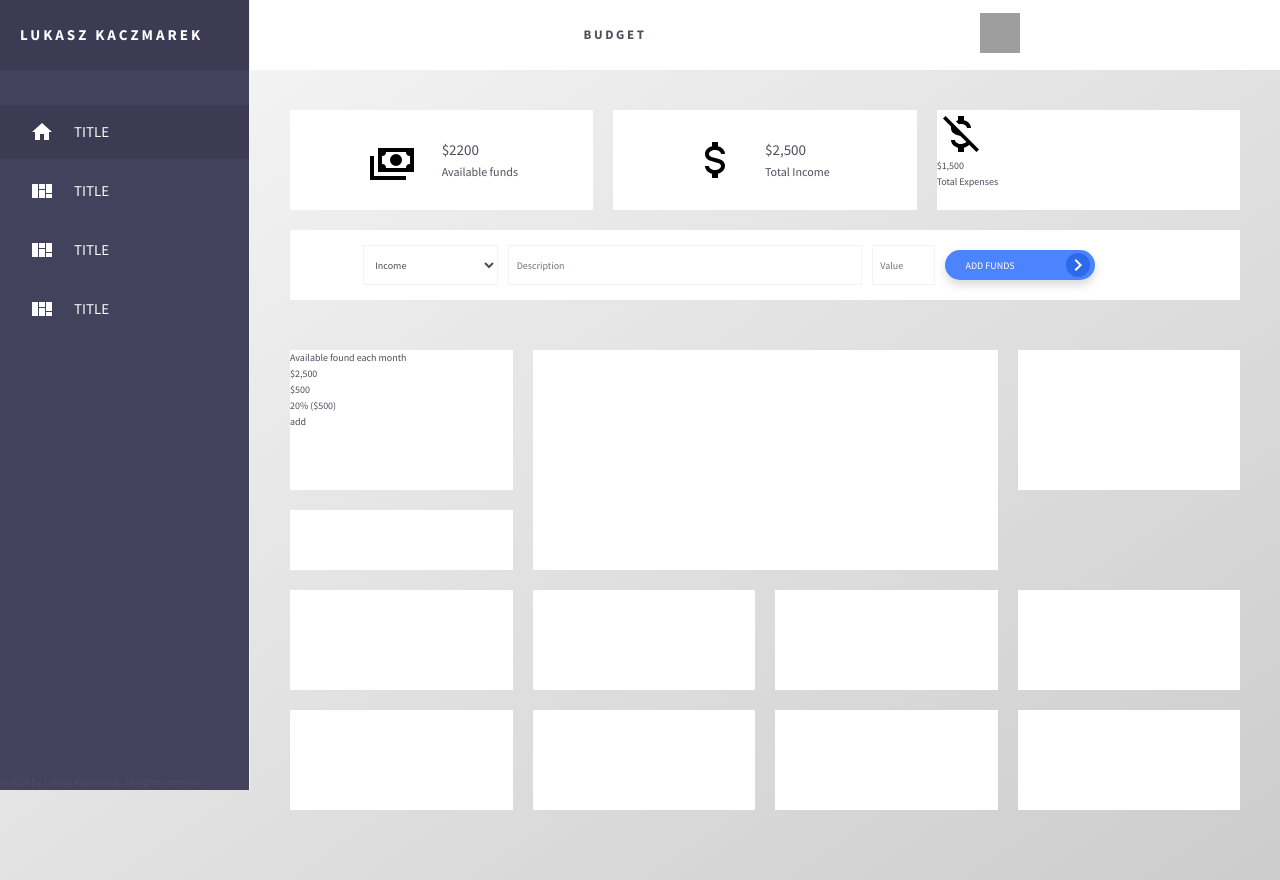
Repository: Archezi/BudgetApplication
Page: index.html
An editor plug-in stored every save of this project. The page is shown before and after the next save, followed by the edit.
The browser window is 1280 px wide. The pictures show the whole page.
Pictures or frames that could not be fetched are drawn as grey boxes. The style sheet was rebuilt from its Sass, Less or Tailwind sources for each picture, by a compiler version that may differ from the author's.

Above is the page before, as saved 2018-08-29 23:58:41.
Console error: TypeError: $(...).formSelect is not a function

After the next save:
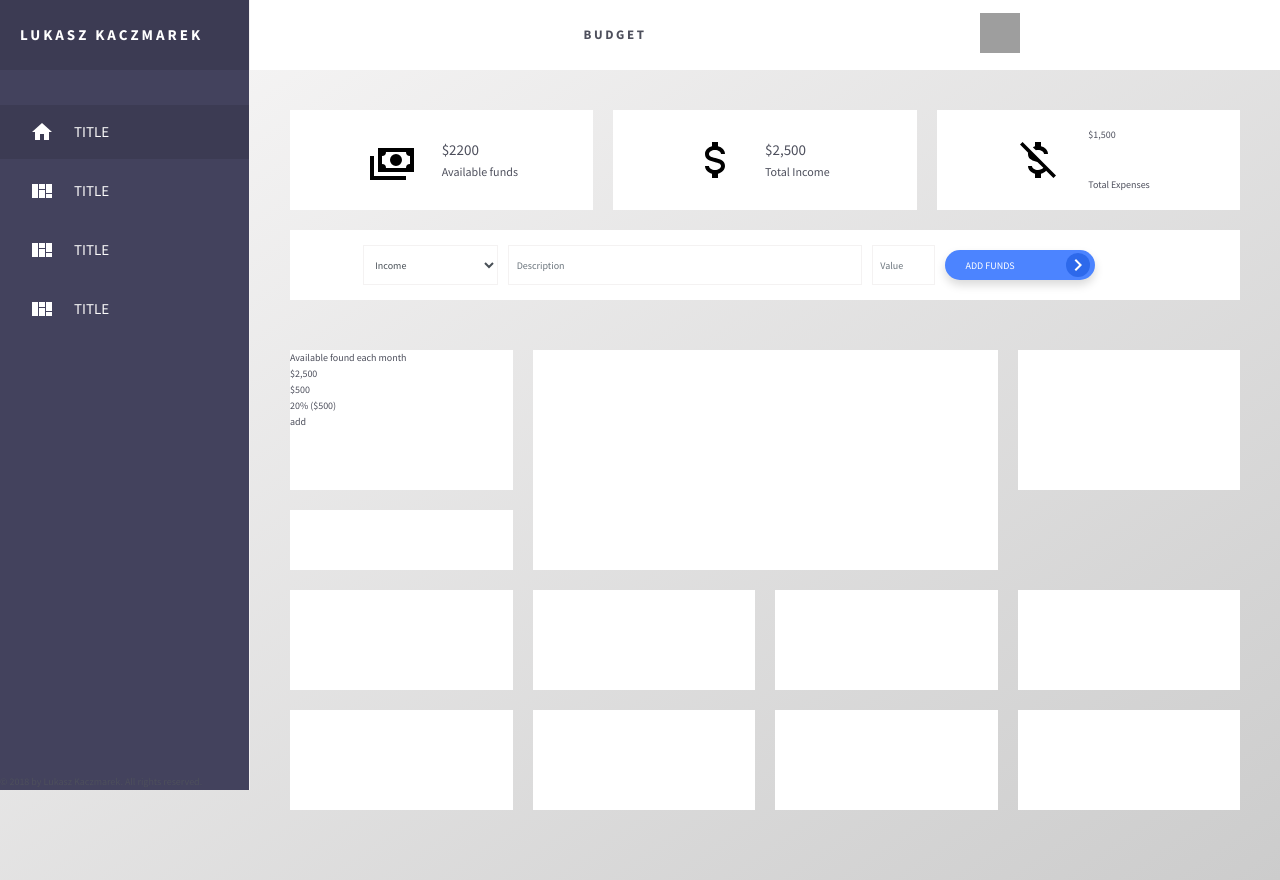
Saved 17 s later.
--- a/sass/components/_layout.scss
+++ b/sass/components/_layout.scss
@@ -112,7 +112,7 @@
                 }
             }
             &__expenses {
-                isplay: grid;
+                display: grid;
                 grid-template-columns: 10rem 10rem;
                 grid-auto-rows: auto;
                 align-items: center;
